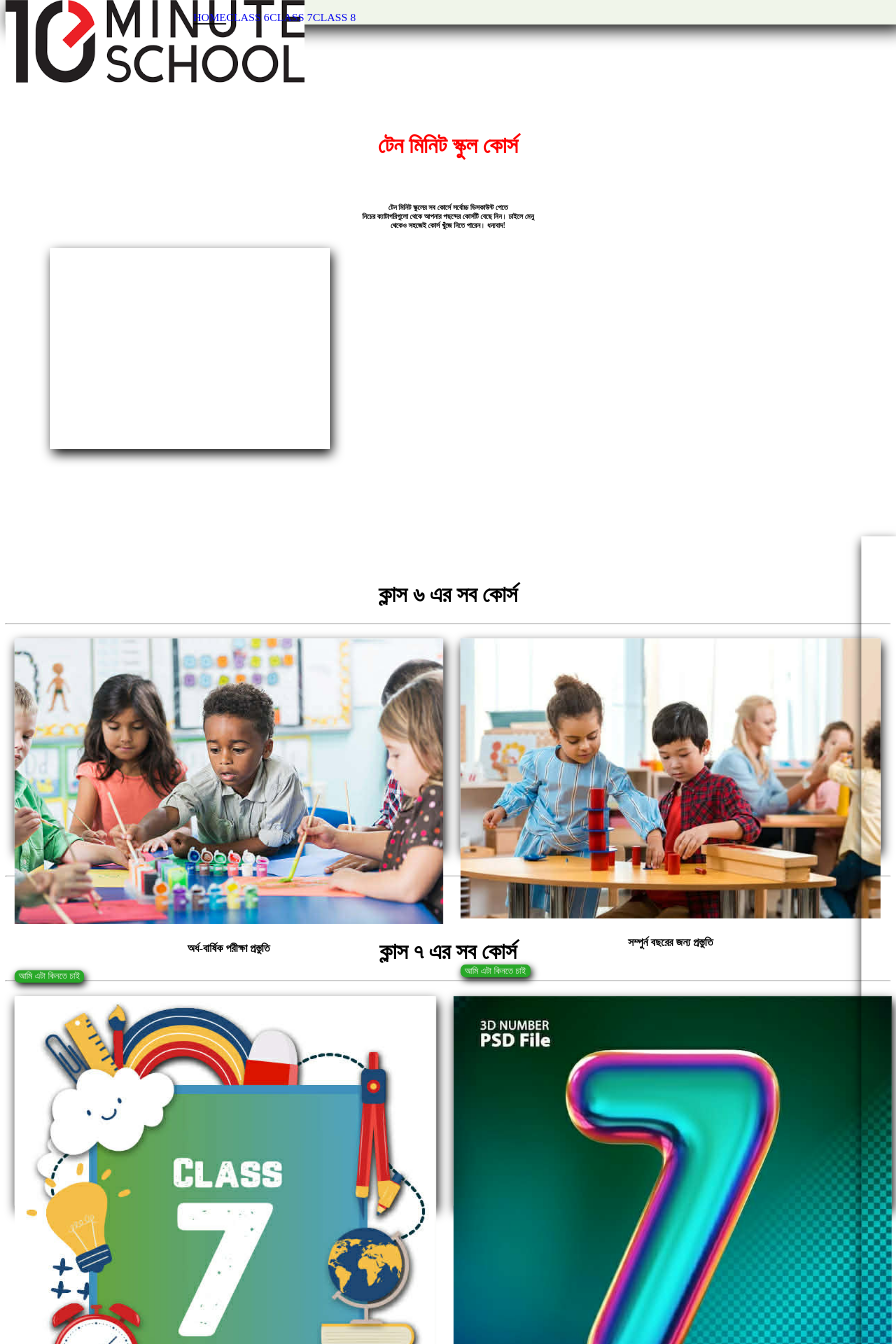
Repository: ridhukhan/10MinuteCourse
Page: /
An editor plug-in stored every save of this project. The page is shown before and after the next save, followed by the edit.
The browser window is 1280 px wide. The pictures show the part of the page from y = 0 to 1920 px (the page is 2830 px tall), at 70% of full size.
The project was rebuilt for these pictures with package versions that can differ from the ones it lists, and the page was loaded fresh each time. Also part of the build but not shown: vite.config.js, src/pages/Class6.jsx, src/pages/Class7.jsx, src/pages/Class8.jsx.

Above is the page before, as saved 2025-12-15 09:39:55.

After the next save:
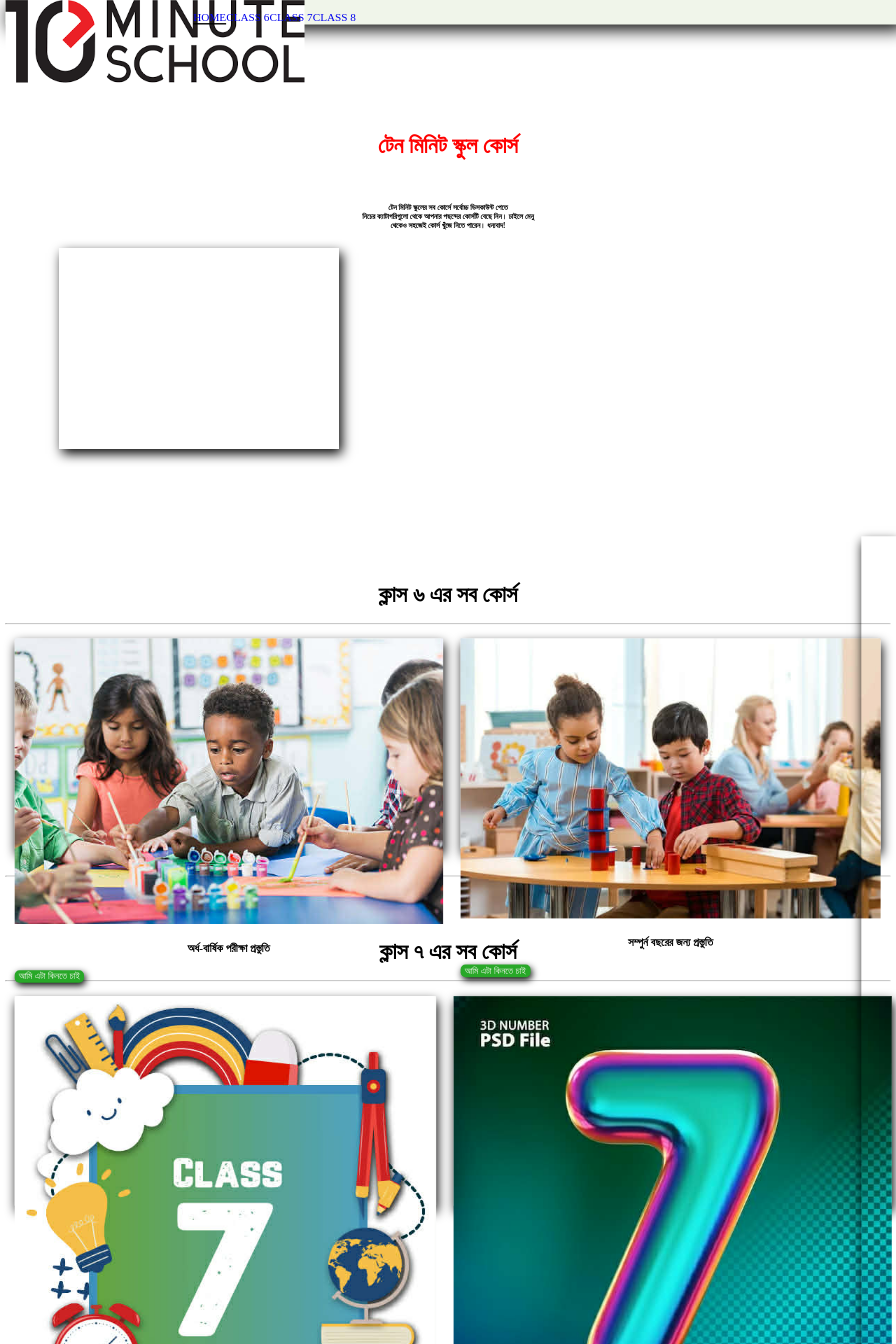
Saved 5 s later.
--- a/src/pages/Home.css
+++ b/src/pages/Home.css
@@ -1,7 +1,7 @@
 .hero1{
 
 width: 400px;
-margin-left: 5%;
+margin-left: 6%;
     height: 40vh;
     box-shadow: 4px 7px 16px black;
 }
